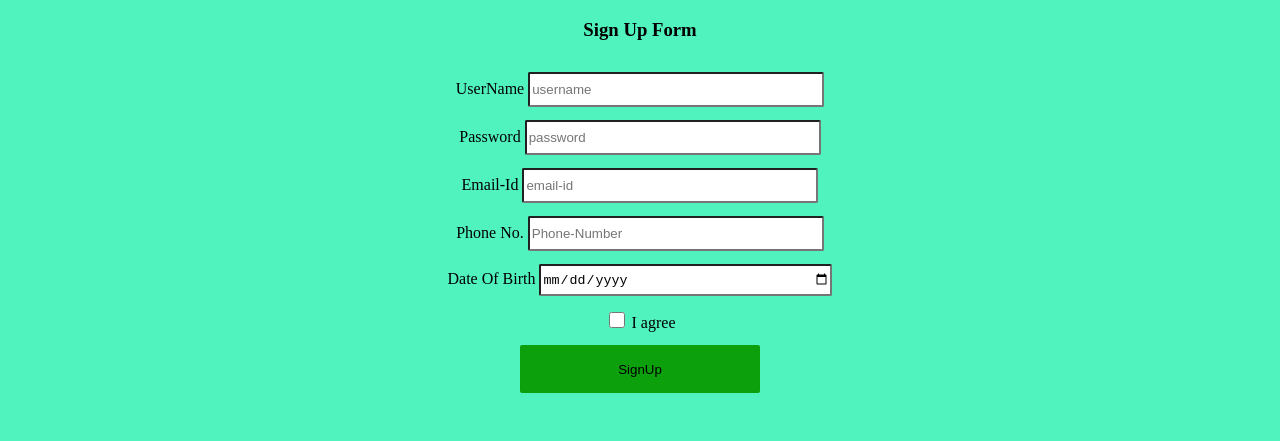
Repository: nir-github01/Html
Page: assign1-signup.html
The author's editor kept a copy of each file at every save. The page is drawn from the files as they stood at one save, then again after the next save.
The browser window is 1280 px wide. The pictures show the whole page.

Above is the page before, as saved 2022-09-28 20:31:34.

After the next save:
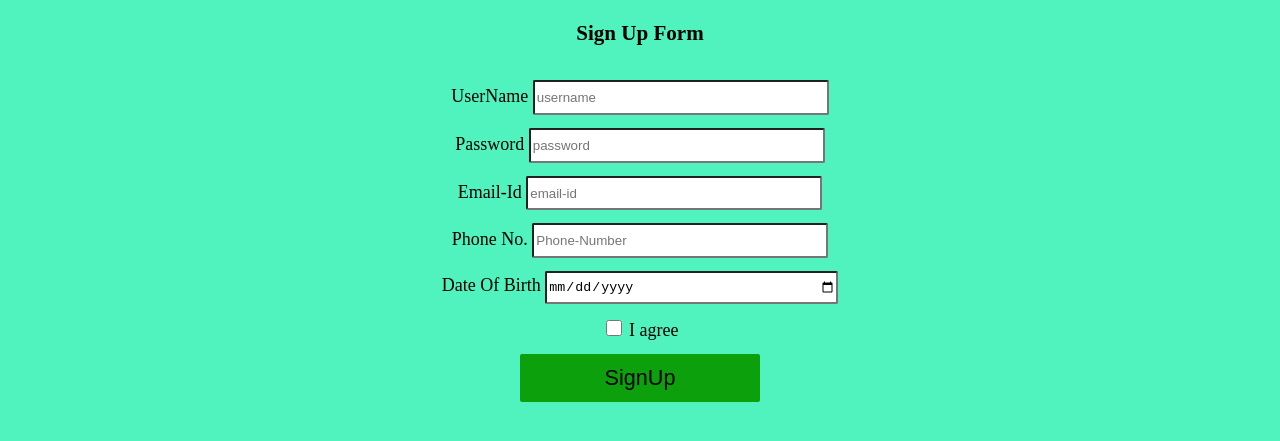
Saved 62 s later.
--- a/assign1-signup.html
+++ b/assign1-signup.html
@@ -9,6 +9,7 @@
         body{
             background-color: rgb(80, 243, 189);
             text-align: center;
+            font-size: large;
         }
         .signup-div{
             padding: 5px;
@@ -44,6 +45,7 @@
 
         }
         button{
+            font-size: larger;
             width: 15rem;
             height: 3rem;
             border: 0px;
